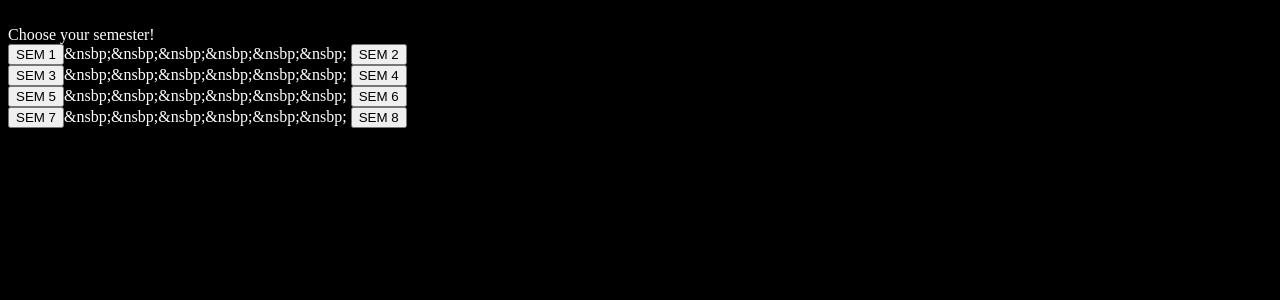
Repository: vigineshs/Mobile-Applications
Page: AnnaUniv GPA Calc/AnnaUniv GPA Calculator w/assets/www/reg08.html
These files come from the project's save history. The page is drawn as it stood at one moment and after the next save; the edit follows.
The browser window is 1280 px wide. The pictures show the whole page.

Above is the page before, as saved 2012-05-03 06:46:17.

After the next save:
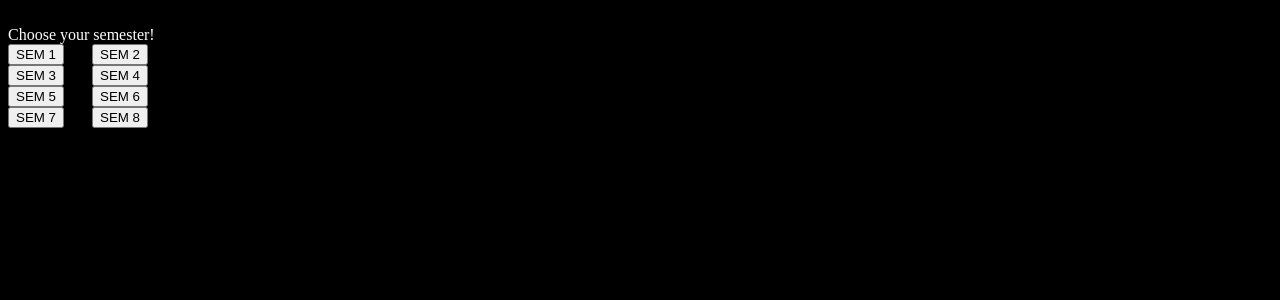
Saved 71 s later.
--- a/AnnaUniv GPA Calc/AnnaUniv GPA Calculator w/assets/www/reg08.html
+++ b/AnnaUniv GPA Calc/AnnaUniv GPA Calculator w/assets/www/reg08.html
@@ -7,13 +7,13 @@
 </head>
 <body style="background-color:black; color:white" >
 <br /> Choose your semester! <br />
-<a href="it08sem1.html"><input type="button" value="SEM 1" /></a>&nsbp;&nsbp;&nsbp;&nsbp;&nsbp;&nsbp;
+<a href="it08sem1.html"><input type="button" value="SEM 1" /></a>&nbsp;&nbsp;&nbsp;&nbsp;&nbsp;&nbsp;
 <a href="it08sem2.html"><input type="button" value="SEM 2" /></a><br />
-<a href="it08sem3.html"><input type="button" value="SEM 3" /></a>&nsbp;&nsbp;&nsbp;&nsbp;&nsbp;&nsbp;
+<a href="it08sem3.html"><input type="button" value="SEM 3" /></a>&nbsp;&nbsp;&nbsp;&nbsp;&nbsp;&nbsp;
 <a href="it08sem4.html"><input type="button" value="SEM 4" /></a><br />
-<a href="it08sem5.html"><input type="button" value="SEM 5" /></a>&nsbp;&nsbp;&nsbp;&nsbp;&nsbp;&nsbp;
+<a href="it08sem5.html"><input type="button" value="SEM 5" /></a>&nbsp;&nbsp;&nbsp;&nbsp;&nbsp;&nbsp;
 <a href="it08sem6.html"><input type="button" value="SEM 6" /></a><br />
-<a href="it08sem7.html"><input type="button" value="SEM 7" /></a>&nsbp;&nsbp;&nsbp;&nsbp;&nsbp;&nsbp;
+<a href="it08sem7.html"><input type="button" value="SEM 7" /></a>&nbsp;&nbsp;&nbsp;&nbsp;&nbsp;&nbsp;
 <a href="it08sem8.html"><input type="button" value="SEM 8" /></a><br />
 </body>
 </html>
